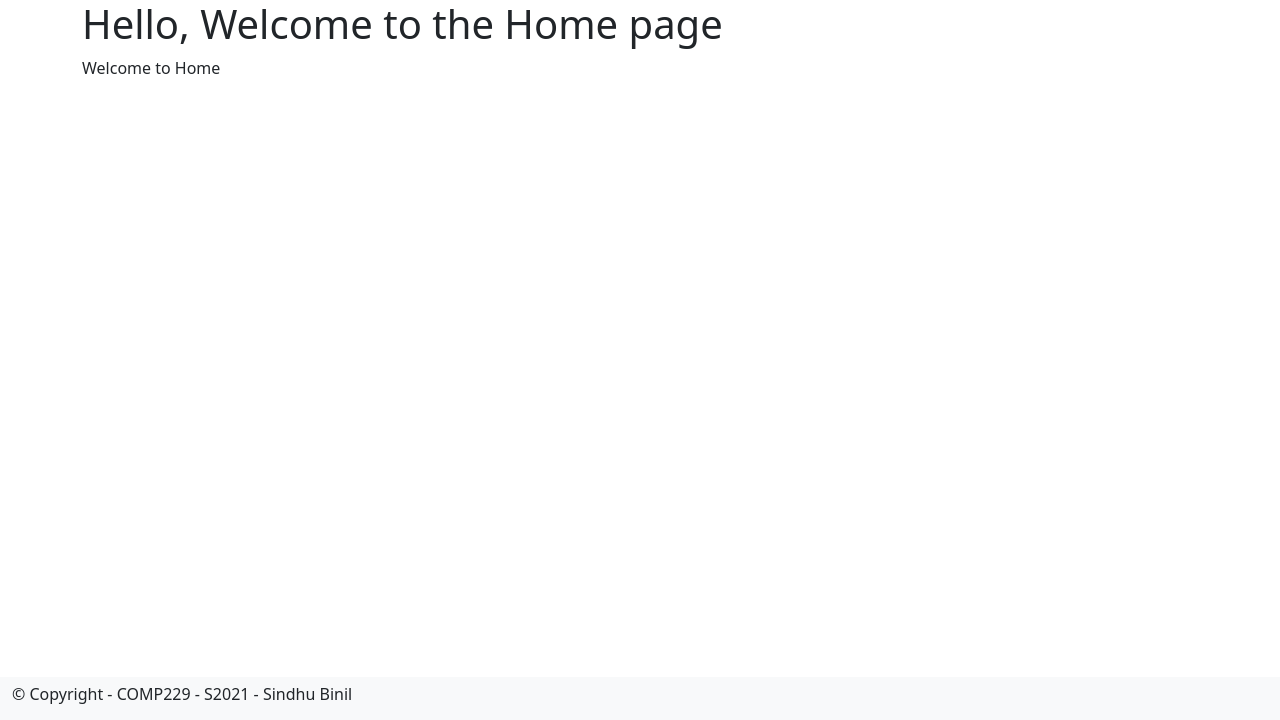
Repository: Ann8002/COMP229-PORTFOLIO-A1
Page: http://localhost/
The author's editor kept a copy of each file at every save. The page is drawn from the files as they stood at one save, then again after the next save.
The browser window is 1280 px wide. The pictures show the whole page.
The page is served by the project's Node server (index.js). Other server files are loaded and not shown.

Above is the page before, as saved 2021-10-02 14:39:08.

### views/index.ejs
<!DOCTYPE html>
<html lang="en">
<head>
  <meta charset="UTF-8">
  <meta http-equiv="X-UA-Compatible" content="IE=edge">
  <meta name="viewport" content="width=device-width, initial-scale=1.0">
  <title><%= title %></title>
  <!-- CSS Section -->
  <link rel="stylesheet" href="/bootstrap/dist/css/bootstrap.min.css">
  <link rel="stylesheet" href="/@fortawesome/fontawesome-free/css/all.min.css">
  <link rel="stylesheet" href="/Content/app.css">
</head>
<body>
  <!-- Navigation Section -->


 <div class="container">
  <h1>Hello, Welcome to the <%= title %> page</h1>
  <p>Welcome to <%= title %></p>
 </div>

 <!-- Bottom Nav -->
 <nav class="navbar fixed-bottom navbar-light bg-light">
  <div class="container-fluid">
  <h6>&copy; Copyright - COMP229 - S2021 - Sindhu Binil</h6>
  </div>
</nav>

  <!-- JavaScript Section -->
  <script src="/jquery/dist/jquery.min.js"></script>
  <script src="/bootstrap/dist/js/bootstrap.min.js"></script>
  <script src="/Scripts/app.js"></script>
  </body>
</html>

### index.js
#!/usr/bin/env node
"use strict";
var __importDefault = (this && this.__importDefault) || function (mod) {
    return (mod && mod.__esModule) ? mod : { "default": mod };
};
Object.defineProperty(exports, "__esModule", { value: true });
const app_1 = __importDefault(require("./app"));
const debug_1 = __importDefault(require("debug"));
(0, debug_1.default)('portfolio:server');
const http_1 = __importDefault(require("http"));
let port = normalizePort(process.env.PORT || '3000');
app_1.default.set('port', port);
let server = http_1.default.createServer(app_1.default);
server.listen(port);
server.on('error', onError);
server.on('listening', onListening);
function normalizePort(val) {
    let port = parseInt(val, 10);
    if (isNaN(port)) {
        return val;
    }
    if (port >= 0) {
        return port;
    }
    return false;
}
function onError(error) {
    if (error.syscall !== 'listen') {
        throw error;
    }
    var bind = typeof port === 'string'
        ? 'Pipe ' + port
        : 'Port ' + port;
    switch (error.code) {
        case 'EACCES':
            console.error(bind + ' requires elevated privileges');
            process.exit(1);
            break;
        case 'EADDRINUSE':
            console.error(bind + ' is already in use');
            process.exit(1);
            break;
        default:
            throw error;
    }
}
function onListening() {
    let addr = server.address();
    let bind = typeof addr === 'string'
        ? 'pipe ' + addr
        : 'port ' + addr.port;
    (0, debug_1.default)('Listening on ' + bind);
}
//# sourceMappingURL=index.js.map

### routes/index.js
"use strict";
var __importDefault = (this && this.__importDefault) || function (mod) {
    return (mod && mod.__esModule) ? mod : { "default": mod };
};
Object.defineProperty(exports, "__esModule", { value: true });
const express_1 = __importDefault(require("express"));
const router = express_1.default.Router();
exports.default = router;
router.get('/', function (req, res, next) {
    res.render('index', { title: 'Home' });
});
router.get('/home', function (req, res, next) {
    res.render('index', { title: 'Home' });
});
router.get('/about', function (req, res, next) {
    res.render('index', { title: 'About' });
});
router.get('/projects', function (req, res, next) {
    res.render('index', { title: 'Projects' });
});
router.get('/services', function (req, res, next) {
    res.render('index', { title: 'Services' });
});
router.get('/contact', function (req, res, next) {
    res.render('index', { title: 'Contact' });
});
//# sourceMappingURL=index.js.map

### app.js
"use strict";
var __importDefault = (this && this.__importDefault) || function (mod) {
    return (mod && mod.__esModule) ? mod : { "default": mod };
};
Object.defineProperty(exports, "__esModule", { value: true });
const http_errors_1 = __importDefault(require("http-errors"));
const express_1 = __importDefault(require("express"));
const path_1 = __importDefault(require("path"));
const cookie_parser_1 = __importDefault(require("cookie-parser"));
const morgan_1 = __importDefault(require("morgan"));
const index_1 = __importDefault(require("./routes/index"));
const app = (0, express_1.default)();
exports.default = app;
app.set('views', path_1.default.join(__dirname, 'views'));
app.set('view engine', 'ejs');
app.use((0, morgan_1.default)('dev'));
app.use(express_1.default.json());
app.use(express_1.default.urlencoded({ extended: false }));
app.use((0, cookie_parser_1.default)());
app.use(express_1.default.static(path_1.default.join(__dirname, 'Client')));
app.use(express_1.default.static(path_1.default.join(__dirname, "node_modules")));
app.use('/', index_1.default);
app.use(function (req, res, next) {
    next((0, http_errors_1.default)(404));
});
app.use(function (err, req, res, next) {
    res.locals.message = err.message;
    res.locals.error = req.app.get('env') === 'development' ? err : {};
    res.status(err.status || 500);
    res.render('error');
});
//# sourceMappingURL=app.js.map

### Client/Content/app.css
/* Your custom css goes here */

### Client/Scripts/app.js
"use strict";
(function () {
    function Start() {
        console.log("App Started");
    }
    window.addEventListener("load", Start);
})();
//# sourceMappingURL=app.js.map

After the next save:
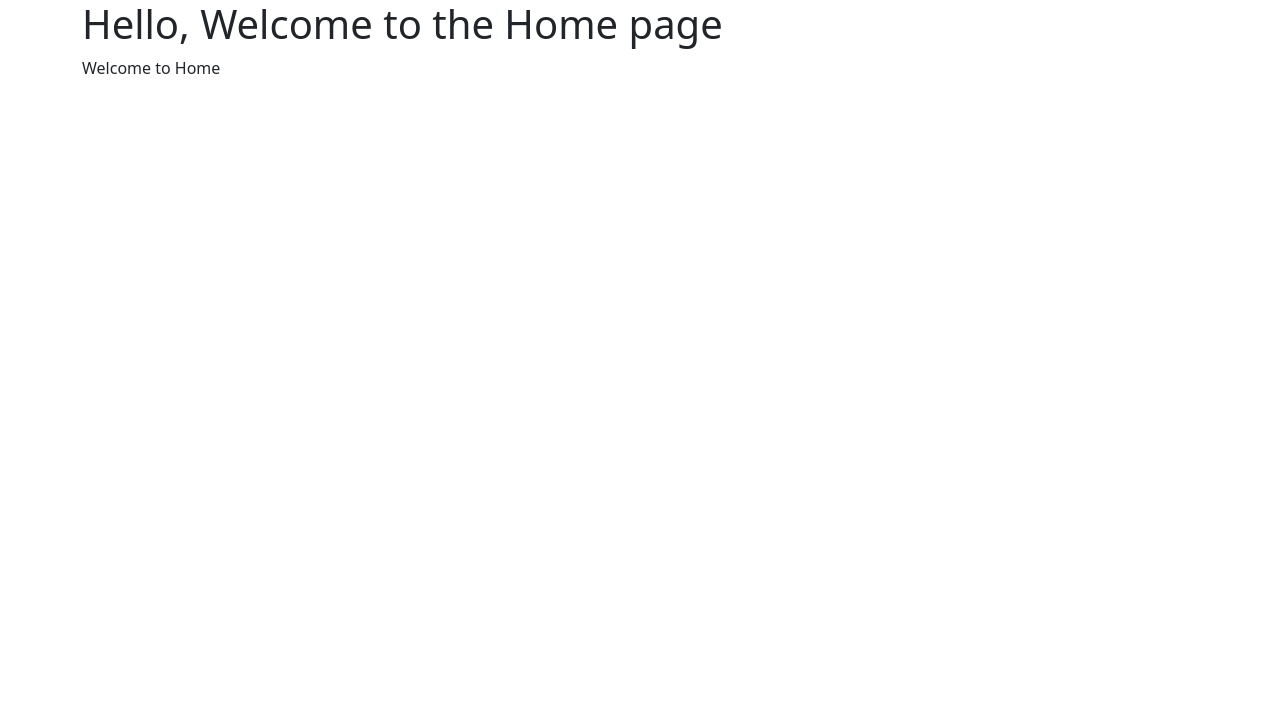
Saved 26 s later.
--- a/views/index.ejs
+++ b/views/index.ejs
@@ -20,11 +20,7 @@
  </div>
 
  <!-- Bottom Nav -->
- <nav class="navbar fixed-bottom navbar-light bg-light">
-  <div class="container-fluid">
-  <h6>&copy; Copyright - COMP229 - S2021 - Sindhu Binil</h6>
-  </div>
-</nav>
+
 
   <!-- JavaScript Section -->
   <script src="/jquery/dist/jquery.min.js"></script>
